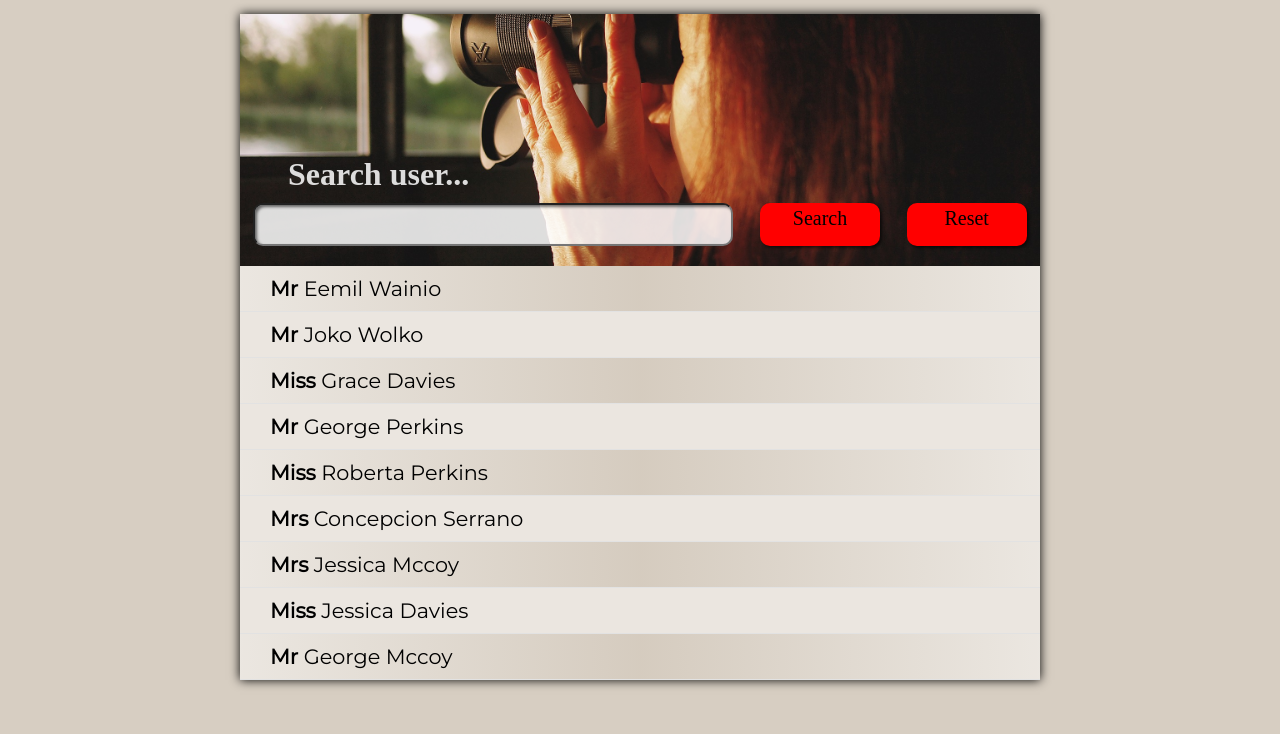
Repository: KrzysKolo/sr_tydzien5_zad4
Page: /
These files come from the project's save history. The page is drawn as it stood at one moment and after the next save; the edit follows.
The browser window is 1280 px wide. The pictures show the whole page.
Some web fonts or font styles are not loaded; a fallback is used. The project was rebuilt for these pictures with package versions that can differ from the ones it lists, and the page was loaded fresh each time.

Above is the page before, as saved 2021-01-03 06:42:50.

### public/index.html
<!DOCTYPE html>
<html lang="en">
  <head>
    <meta charset="utf-8" />
    <link rel="icon" href="%PUBLIC_URL%/favicon.ico" />
    <meta name="viewport" content="width=device-width, initial-scale=1" />
    <meta name="theme-color" content="#000000" />
    <meta
      name="description"
      content="Web site created using create-react-app"
    />
    <link rel="apple-touch-icon" href="%PUBLIC_URL%/logo192.png" />
    <!--
      manifest.json provides metadata used when your web app is installed on a
      user's mobile device or desktop. See https://developers.google.com/web/fundamentals/web-app-manifest/
    -->
    <link rel="manifest" href="%PUBLIC_URL%/manifest.json" />
    <!--
      Notice the use of %PUBLIC_URL% in the tags above.
      It will be replaced with the URL of the `public` folder during the build.
      Only files inside the `public` folder can be referenced from the HTML.

      Unlike "/favicon.ico" or "favicon.ico", "%PUBLIC_URL%/favicon.ico" will
      work correctly both with client-side routing and a non-root public URL.
      Learn how to configure a non-root public URL by running `npm run build`.
    -->
    <link rel="preconnect" href="https://fonts.gstatic.com">
<link href="https://fonts.googleapis.com/css2?family=Finger+Paint&family=Montserrat&family=Over+the+Rainbow&family=Peralta&display=swap" rel="stylesheet">
    <title>User search</title>
  </head>
  <body>
    <noscript>You need to enable JavaScript to run this app.</noscript>
    <div id="root"></div>
    <!--
      This HTML file is a template.
      If you open it directly in the browser, you will see an empty page.

      You can add webfonts, meta tags, or analytics to this file.
      The build step will place the bundled scripts into the <body> tag.

      To begin the development, run `npm start` or `yarn start`.
      To create a production bundle, use `npm run build` or `yarn build`.
    -->
  </body>
</html>

### src/App.js
import React from 'react';
import UsersContainer from './components/UsersContainer';
import Header from './components/Header';
import './App.css';


const App = () => {

  return (
    <section>
      <Header />
      <UsersContainer/>
    </section>
  )
}

export default App;

### src/components/UsersContainer.js
import React, { useState, useEffect } from 'react';


const UsersContainer = () => {

  const UsersAPI = '/users.json';

  const [ users, setUsers ] = useState([]);

  useEffect(() => {

    fetch(UsersAPI)
      .then(res => res.json())
      .then(data => {
        console.log(data.users);
        setUsers(data.users);
      })
    }, []);

    const user = users.map(user => (
      <li className="user" key={user.id}><b>{user.title}</b> {user.first} {user.last}</li>
    ))
    return (
        <ul>
					{user}
        </ul>
    )
}

export default UsersContainer;

### src/components/Header.js
import React from 'react';
import Button from './formComponents/Button';
const Header = () => {
    return (
        <div className="header__section">
            <h1 className="header__title">Search user...</h1>
            <form className="header__search-wrapper">
                <input className="header__search" type="text" />
                <Button values="Search" />
                <Button values="Reset" />
            </form>
        </div>
    )
}

export default Header;

### src/App.css
* {
  box-sizing: border-box;
  padding: 0;
  margin: 0;
}
body {
  height: 100vh;
  width: 100vw;
  background-color: rgba(206, 194, 179, 0.8);
}
section {
  margin: 2vh auto;
  width: 70%;
  max-width: 800px;
  display: flex;
  flex-direction: column;
  box-shadow: 0 0 10px #000;
}
.header__section {
  height: 35vh;
  background-image: url("./images/girl.jpg");
  background-position: center;
  background-size: cover;
  display: flex;
  flex-direction: column;
  justify-content: flex-end;
}
.header__title {
  font-size: 2rem;
  font-family: "Peralta", cursive;
  margin: 0 auto 10px 3rem;
  color: rgba(255, 255, 255, 0.85);
}
.header__search-wrapper {
  width: 100%;
  margin-bottom: 20px;
  display: flex;
  justify-content: space-around;
}
.header__search {
  padding: 8px 10px;
  width: 60%;
  border-radius: 10px;
  background-color: rgba(255, 255, 255, 0.85);
  box-shadow: inset 2px 2px 3px 0px rgba(0, 0, 0, 0.55);
  font-size: 20px;
}
.header__search-btn {
  background: red;
  width: 15%;
  border-radius: 10px;
  box-shadow: 2px 2px 3px 0px rgba(0, 0, 0, 0.55);
  font-size: 20px;
  text-align: center;
  line-height: 30px;
}
.user {
  font-size: 1.3rem;
  font-family: "Montserrat", sans-serif;
  padding: 10px 30px;
  list-style: none;
  border-bottom: 1px solid rgb(226, 226, 226);
  background-color: rgba(255, 255, 255, 0.5);
}
.user:nth-child(odd) {
  background: linear-gradient(
    90deg,
    rgba(255, 255, 255, 0.5) 0%,
    rgba(206, 194, 179, 0.2) 50%,
    rgba(255, 255, 255, 0.5) 100%
  );
}

### src/components/formComponents/Button.js
import React from 'react';

const Button = ({ values }) => {
    return (
        <div className="header__search-btn">
            {values}
        </div>
    )
}

export default Button;

### public/users.json
{
    "users": [
      {
        "id": 1,
        "title": "Mr",
        "first": "Eemil",
        "last": "Wainio"
       },
      {
        "id": 2,
        "title": "Mr",
        "first": "Joko",
        "last": "Wolko"
      },
      {
        "id": 3,
        "title": "Miss",
        "first": "Grace",
        "last": "Davies"
      },
      {
        "id": 4,
        "title": "Mr ",
        "first": "George ",
        "last": "Perkins"
      },
      {
        "id": 5,
        "title": "Miss",
        "first": "Roberta ",
        "last": "Perkins"
      },
      {
        "id": 6,
        "title": "Mrs ",
        "first": "Concepcion ",
        "last": "Serrano"
      },
      {
        "id": 7,
        "title": "Mrs ",
        "first": "Jessica ",
        "last": "Mccoy"
      },
      {
        "id": 8,
        "title": "Miss",
        "first": "Jessica",
        "last": "Davies"
      },
      {
        "id": 9,
        "title": "Mr",
        "first": "George",
        "last": "Mccoy"
      }
    ]
  }

Loaded but not shown: src/index.js (common file)

After the next save:
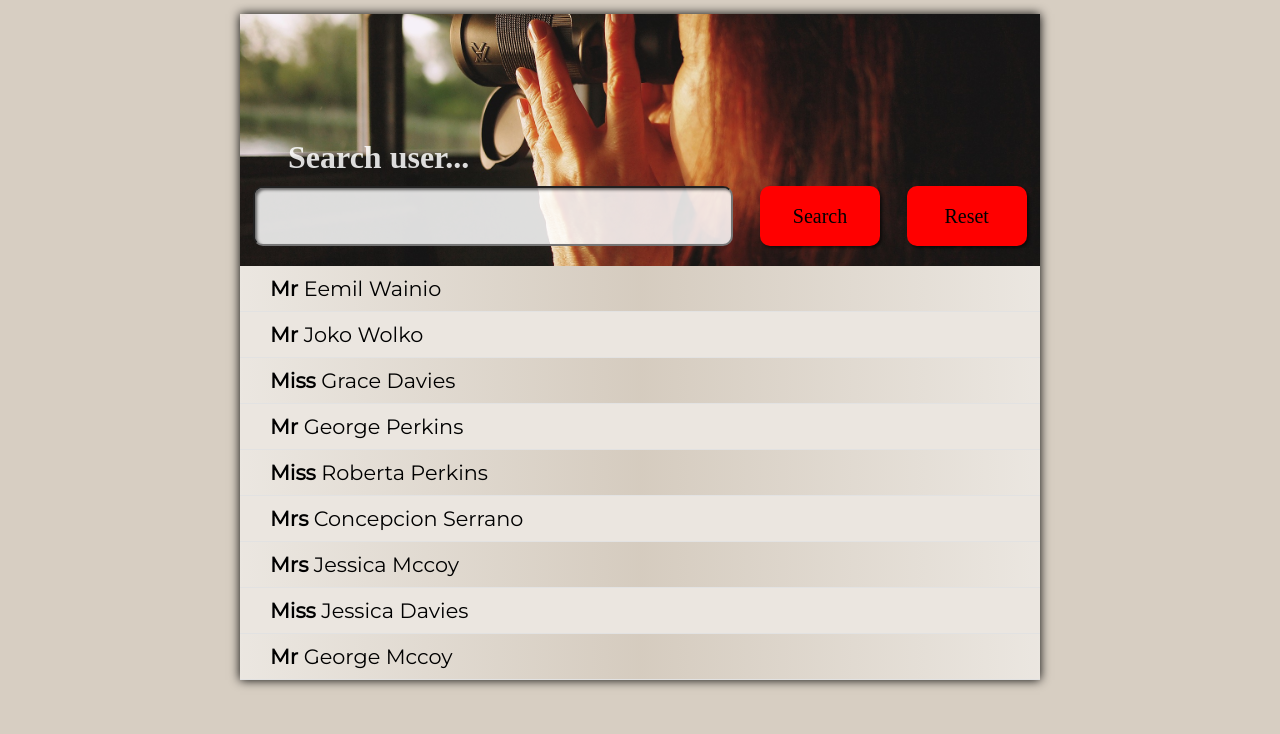
Saved 13 s later.
--- a/src/App.css
+++ b/src/App.css
@@ -52,7 +52,7 @@ section {
   box-shadow: 2px 2px 3px 0px rgba(0, 0, 0, 0.55);
   font-size: 20px;
   text-align: center;
-  line-height: 30px;
+  line-height: 60px;
 }
 .user {
   font-size: 1.3rem;
